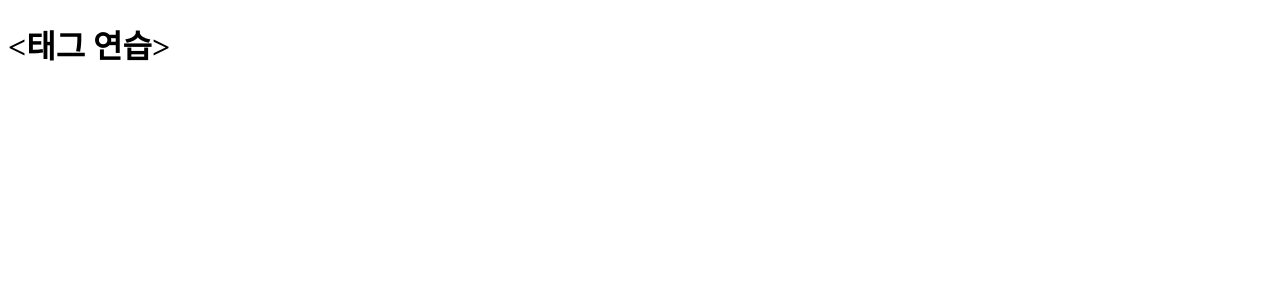
Repository: blinggg/html_git
Page: 0406/ex0406/WebContent/ex03.html
An editor plug-in stored every save of this project. The page is shown before and after the next save, followed by the edit.
The browser window is 1280 px wide. The pictures show the whole page.

Above is the page before, as saved 2020-04-06 01:47:09.

### 0406/ex0406/WebContent/ex03.html
<!DOCTYPE html>
<html>
<head>
<meta charset="UTF-8">
<title>연습3</title>
</head>
<body>
	<h1>&lt;태그   연습&gt;</h1>
</body>
</html>

After the next save:
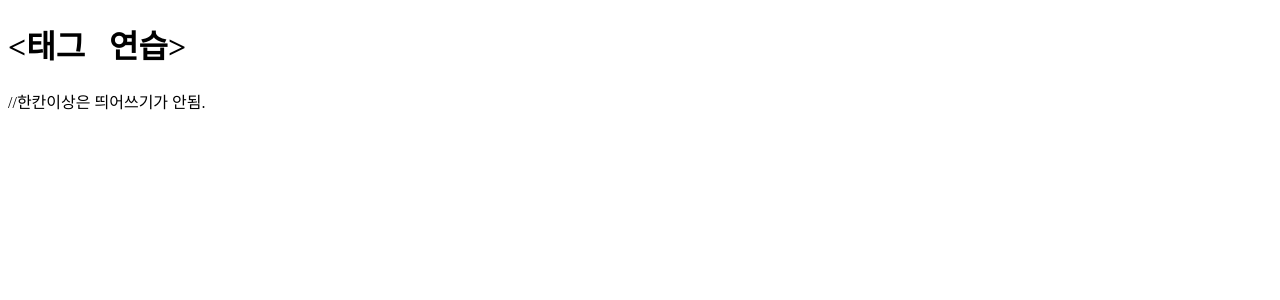
Saved 56 s later.
--- a/0406/ex0406/WebContent/ex03.html
+++ b/0406/ex0406/WebContent/ex03.html
@@ -5,6 +5,6 @@
 <title>연습3</title>
 </head>
 <body>
-	<h1>&lt;태그   연습&gt;</h1>
+	<h1>&lt;태그&nbsp;&nbsp;&nbsp;연습&gt;</h1> //한칸이상은 띄어쓰기가 안됨.
 </body>
 </html>
